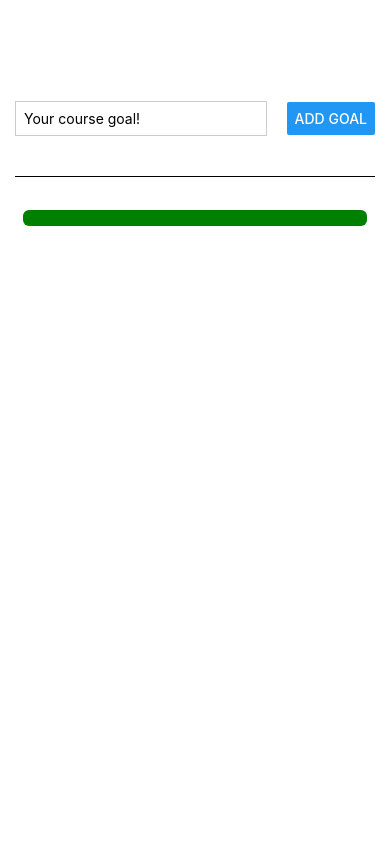
Repository: SyLe-Van/Todo-App
Screen: /, after clicking the first element matching `button.css-view-175oi2r`
An editor plug-in stored every save of this project. The screen is shown before and after the next save, followed by the edit.
The app was drawn by React Native's web renderer in a window 390 px wide. The project was rebuilt for these pictures with package versions that can differ from the ones it lists, and the page was loaded fresh each time.

Above is the screen before, as saved 2024-01-29 23:07:52.

### App.js
import { useState } from "react";
import { StyleSheet, View, FlatList } from "react-native";
import GoalItem from "./components/GoalItem";
import GoalInput from "./components/GoalInput";
export default function App() {
  const [courseGoals, setCourseGoals] = useState([]);

  function addGoalHandler(enteredGoalsText) {
    setCourseGoals((currentCourseGoals) => [
      ...currentCourseGoals,
      { text: enteredGoalsText, id: Math.random().toString() },
    ]);
  }
  function deletGoalHandler(id) {
    setCourseGoals((currentCourseGoals) => {
      return currentCourseGoals.filter((goal) => goal.id !== id);
    });
  }
  return (
    <View style={styles.appContainer}>
      <GoalInput onAddGoal={addGoalHandler} />
      <View style={styles.goalsContainer}>
        <FlatList
          data={courseGoals}
          renderItem={(itemData) => {
            return (
              <GoalItem
                text={itemData.item.text}
                id={itemData.item.id}
                onDeleteItem={deletGoalHandler}
              />
            );
          }}
          keyExtractor={(item, index) => {
            return item.id;
          }}
        />
      </View>
    </View>
  );
}

const styles = StyleSheet.create({
  appContainer: {
    flex: 1,
    padding: 60,
    paddingHorizontal: 15,
  },
  goalsContainer: {
    flex: 5,
  },
});

### components/GoalItem.js
import { StyleSheet, View, Text, Pressable } from "react-native";

function GoalItem(props) {
  return (
    <View style={styles.goalItem}>
      <Pressable
        onPress={props.onDeleteItem.bind(this, props.id)}
        style={({ pressed }) => pressed && styles.pressedItem}
      >
        <Text style={styles.goalText}>{props.text}</Text>
      </Pressable>
    </View>
  );
}
export default GoalItem;
const styles = StyleSheet.create({
  goalItem: {
    margin: 8,
    padding: 8,
    borderRadius: 6,
    backgroundColor: "green",
  },
  pressedItem: {
    opacity: 0.5,
  },
  goalText: {
    color: "white",
  },
});

### components/GoalInput.js
import { StyleSheet, View, TextInput, Button } from "react-native";
import { useState } from "react";
function GoalInput(props) {
  const [enteredGoalsText, setEnteredGoalsText] = useState("");

  function goalsInputHandler(enteredText) {
    setEnteredGoalsText(enteredText);
  }
  function addGoalHandler() {
    props.onAddGoal(enteredGoalsText);
    setEnteredGoalsText("");
  }
  return (
    <View style={styles.inputContainer}>
      <TextInput
        style={styles.textInput}
        placeholder="Your course goal! "
        onChangeText={goalsInputHandler}
        value={enteredGoalsText}
      />
      <Button title="Add goal" onPress={addGoalHandler} />
    </View>
  );
}
export default GoalInput;

const styles = StyleSheet.create({
  inputContainer: {
    flex: 1,
    flexDirection: "row",
    justifyContent: "space-between",
    alignItems: "center",
    marginBottom: 25,
    borderBottomWidth: 1,
  },
  textInput: {
    borderWidth: 1,
    borderColor: "#cccccc",
    width: "70%",
    marginRight: 8,
    padding: 8,
  },
});

After the next save:
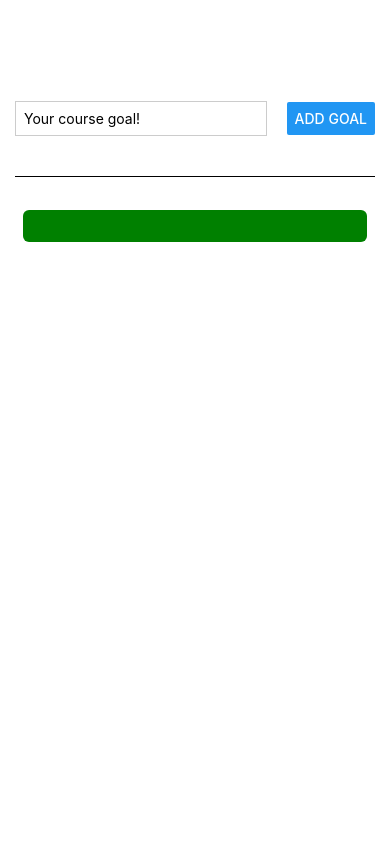
Saved 50 s later.
--- a/components/GoalItem.js
+++ b/components/GoalItem.js
@@ -25,5 +25,6 @@ const styles = StyleSheet.create({
   },
   goalText: {
     color: "white",
+    padding: 8,
   },
 });

After the save that followed:
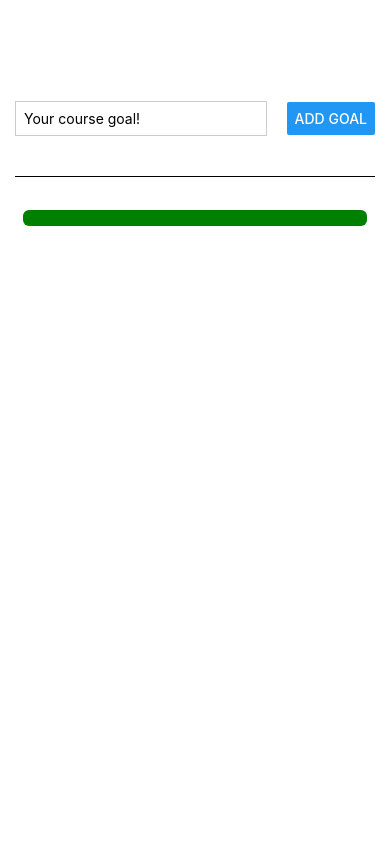
Saved 16 s later.
--- a/components/GoalItem.js
+++ b/components/GoalItem.js
@@ -16,7 +16,6 @@ export default GoalItem;
 const styles = StyleSheet.create({
   goalItem: {
     margin: 8,
-    padding: 8,
     borderRadius: 6,
     backgroundColor: "green",
   },
